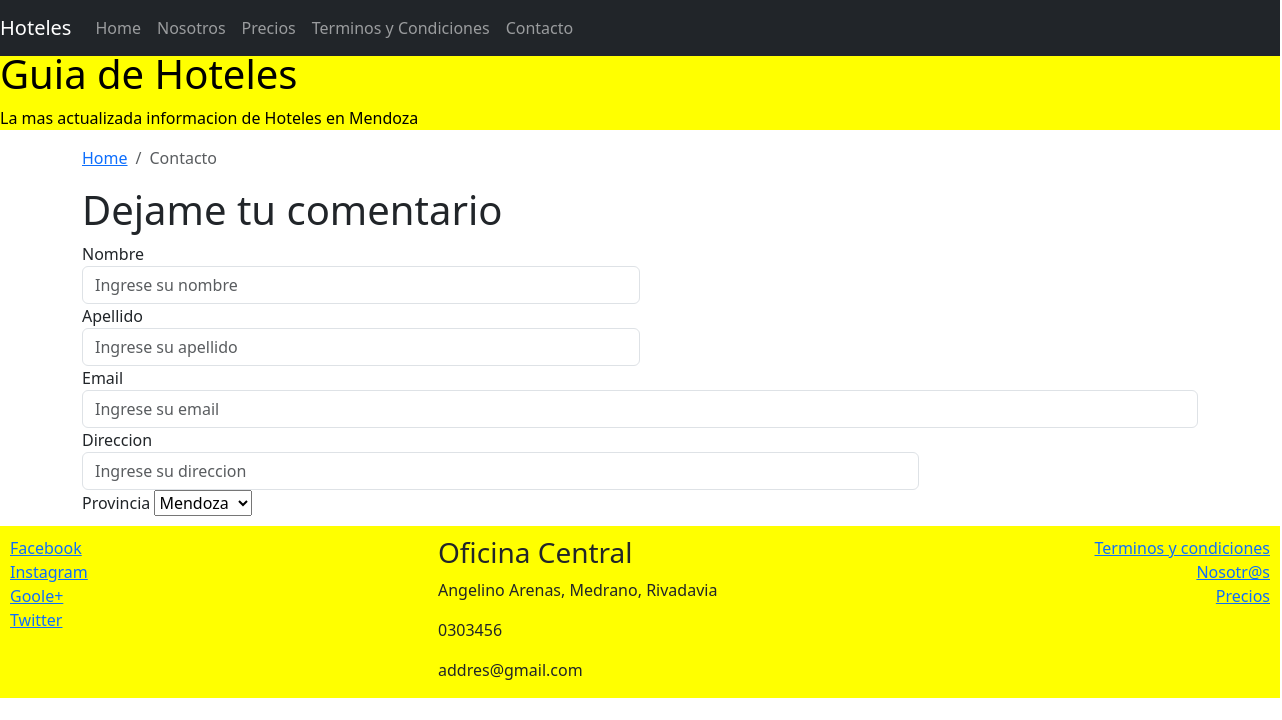
Repository: JulianMoralesSantoni/PaginaHoteles
Page: contacto.html
These files come from the project's save history. The page is drawn as it stood at one moment and after the next save; the edit follows.
The browser window is 1280 px wide. The page is 1282 px wide, so the pictures cover 1282 px, including what lies to the right of the window. The pictures show the whole page.
Some web libraries are served in a nearby version.

Above is the page before, as saved 2021-03-28 21:45:19.

After the next save:
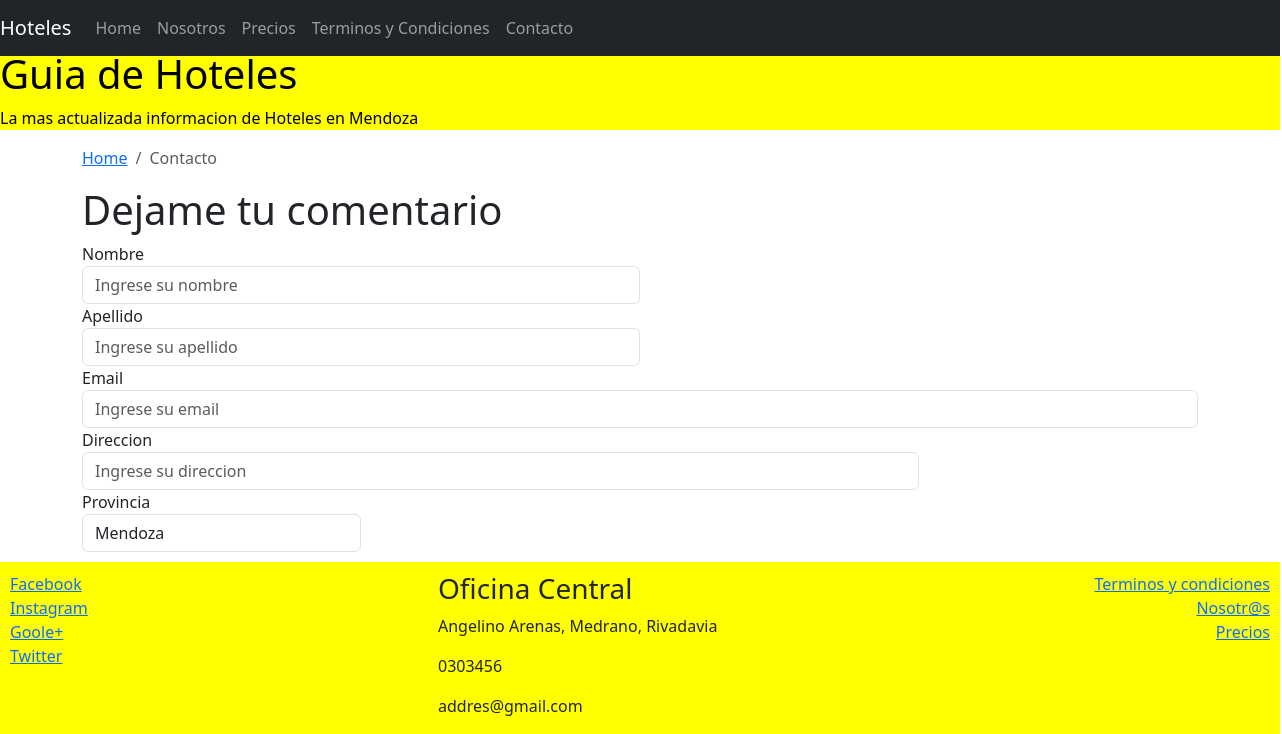
Saved 91 s later.
--- a/contacto.html
+++ b/contacto.html
@@ -77,20 +77,14 @@
           </div>
           <div class="form-group col-sm-3">
             <label for="provincia">Provincia</label>
-            <select id="provincia">
+            <select id="provincia" class="form-control">
 
               <option selected> Mendoza</option>
               <option > San Juan</option>
               <option > San Luis</option>
               <option > Cordoba</option>
               <option > Entre Rios</option>
-
-
-
             </select>
-
-
-
           </div>
 
 
